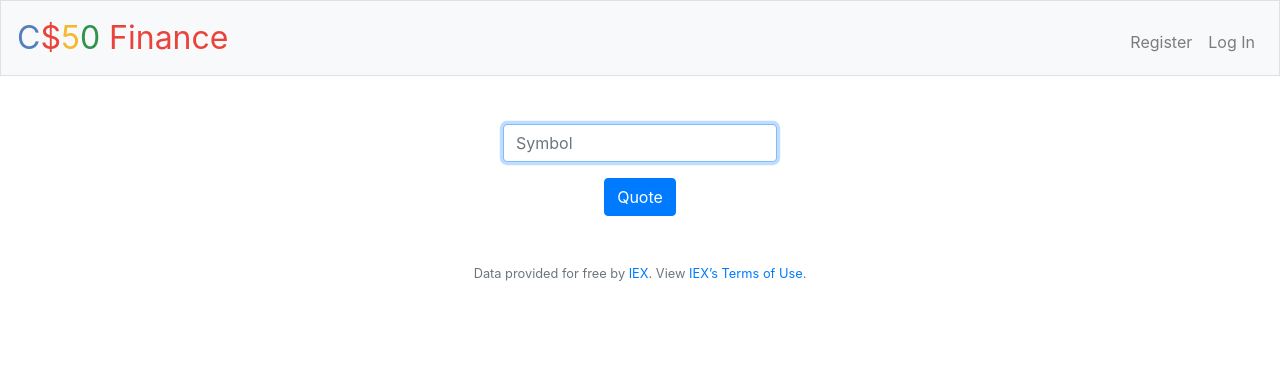
Repository: mpaya5/CS50x
Page: pset8/web/finance/templates/buy.html
The author's editor kept a record of every edit. The page is drawn from the files as they stood at one moment, then again after the next edit.
The browser window is 1280 px wide. The pictures show the whole page.
The template is drawn by Flask 3. The application's start-up code is not run. Other server files are loaded and not shown. The template is opened directly, without the code that normally fills it, so the values that code supplies are empty.

Above is the page before.

### pset8/web/finance/templates/buy.html
{% extends "layout.html" %}

{% block title %}
    Quoted
{% endblock %}

{% block main %}
    <form action="/buy" method="post" id="buy">
        <div class="form-group">
            <input class="form-control" type="text" autocomplete="off" name="symbol" placeholder="Symbol" autofocus required>
        </div>
        <input class="btn btn-primary" type="submit" id="submit" value="Quote">
    </form>
{% endblock %}

### pset8/web/finance/templates/layout.html
<!DOCTYPE html>

<html lang="en">

    <head>

        <!-- Required meta tags -->
        <meta charset="utf-8">
        <meta name="viewport" content="width=device-width, initial-scale=1, shrink-to-fit=no">

        <!-- documentation at http://getbootstrap.com/docs/4.1/, alternative themes at https://bootswatch.com/ -->
        <link href="https://maxcdn.bootstrapcdn.com/bootstrap/4.1.3/css/bootstrap.min.css" rel="stylesheet">

        <!-- https://favicon.io/emoji-favicons/money-mouth-face/ -->
        <link href="/static/favicon.ico" rel="icon">

        <link href="/static/styles.css" rel="stylesheet">

        <script src="https://code.jquery.com/jquery-3.3.1.min.js"></script>
        <script src="https://cdnjs.cloudflare.com/ajax/libs/popper.js/1.14.3/umd/popper.min.js"></script>
        <script src="https://maxcdn.bootstrapcdn.com/bootstrap/4.1.3/js/bootstrap.min.js"></script>

        <title>C$50 Finance: {% block title %}{% endblock %}</title>

    </head>

    <body>

        <nav class="navbar navbar-expand-md navbar-light bg-light border">
            <a class="navbar-brand" href="/"><span class="blue">C</span><span class="red">$</span><span class="yellow">5</span><span class="green">0</span> <span class="red">Finance</span></a>
            <button aria-controls="navbar" aria-expanded="false" aria-label="Toggle navigation" class="navbar-toggler" data-target="#navbar" data-toggle="collapse" type="button">
                <span class="navbar-toggler-icon"></span>
            </button>
            <div class="collapse navbar-collapse" id="navbar">
                {% if session.user_id %}
                    <ul class="navbar-nav mr-auto mt-2">
                        <li class="nav-item"><a class="nav-link" href="/quote">Quote</a></li>
                        <li class="nav-item"><a class="nav-link" href="/buy">Buy</a></li>
                        <li class="nav-item"><a class="nav-link" href="/sell">Sell</a></li>
                        <li class="nav-item"><a class="nav-link" href="/history">History</a></li>
                    </ul>
                    <ul class="navbar-nav ml-auto mt-2">
                        <li class="nav-item"><a class="nav-link" href="/profile">Profile Settings</a></li>
                        <li class="nav-item"><a class="nav-link" href="/logout">Log Out</a></li>
                    </ul>
                {% else %}
                    <ul class="navbar-nav ml-auto mt-2">
                        <li class="nav-item"><a class="nav-link" href="/register">Register</a></li>
                        <li class="nav-item"><a class="nav-link" href="/login">Log In</a></li>
                    </ul>
                {% endif %}
            </div>
        </nav>

        {% if get_flashed_messages() %}
            <header>
                <div class="alert alert-primary border text-center" role="alert">
                    {{ get_flashed_messages() | join(" ") }}
                </div>
            </header>
        {% endif %}

        <main class="container p-5">
            {% block main %}{% endblock %}
        </main>

        <footer class="small text-center text-muted">
            Data provided for free by <a href="https://iextrading.com/developer">IEX</a>. View <a href="https://iextrading.com/api-exhibit-a/">IEX’s Terms of Use</a>.
        </footer>

    </body>

</html>

Loaded but not shown: pset8/web/finance/static/styles.css (common file)

After the next edit:
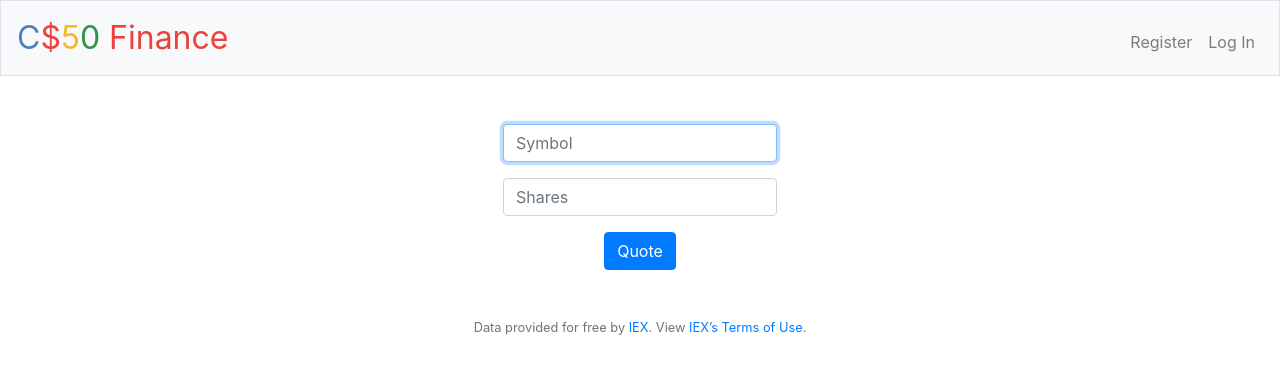
The edit:
--- a/pset8/web/finance/templates/buy.html
+++ b/pset8/web/finance/templates/buy.html
@@ -9,6 +9,9 @@
         <div class="form-group">
             <input class="form-control" type="text" autocomplete="off" name="symbol" placeholder="Symbol" autofocus required>
         </div>
+        <div class="form-group">
+            <input class="form-control" type="text" autocomplete="off" name="shares" placeholder="Shares" required>
+        </div>
         <input class="btn btn-primary" type="submit" id="submit" value="Quote">
     </form>
 {% endblock %}
